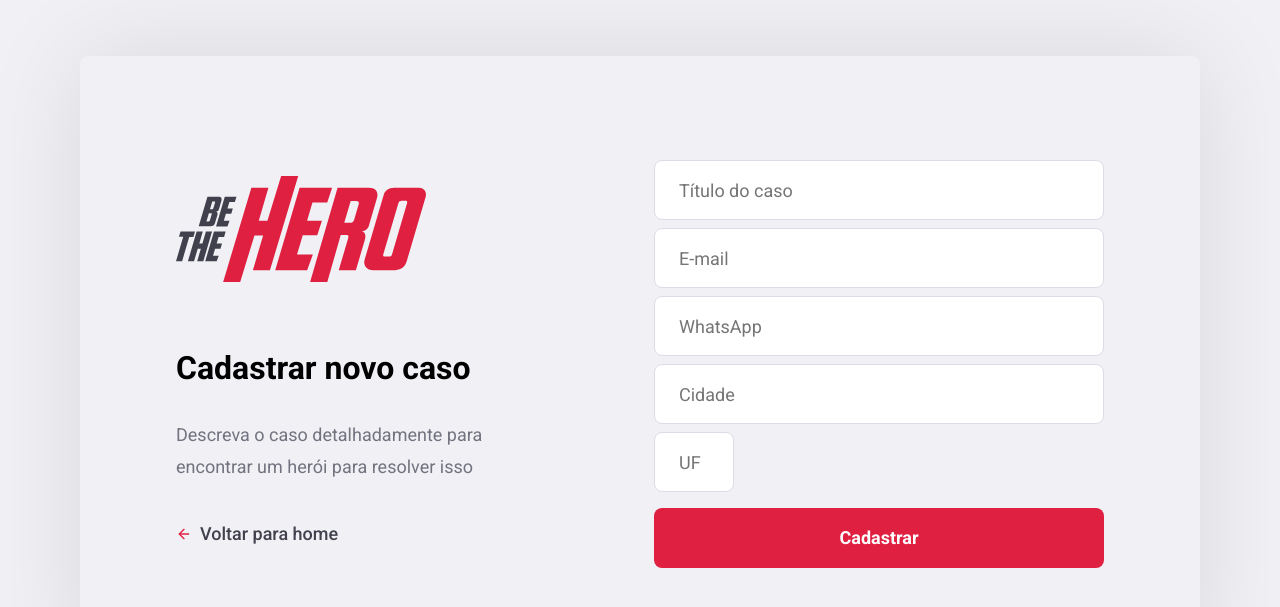
Repository: lucas-silva-dev/be-the-hero
Page: /incidents/new (app in frontend/)
An editor plug-in stored every save of this project. The page is shown before and after the next save, followed by the edit.
The browser window is 1280 px wide. The pictures show the whole page.
The project was rebuilt for these pictures with package versions that can differ from the ones it lists, and the page was loaded fresh each time. Also part of the build but not shown: frontend/src/pages/Logon/styles.css, frontend/src/pages/Logon/index.js, frontend/src/pages/Register/styles.css, frontend/src/pages/Register/index.js, frontend/src/pages/Profile/styles.css, frontend/src/pages/Profile/index.js.

Above is the page before, as saved 2020-03-25 23:57:56.

After the next save:
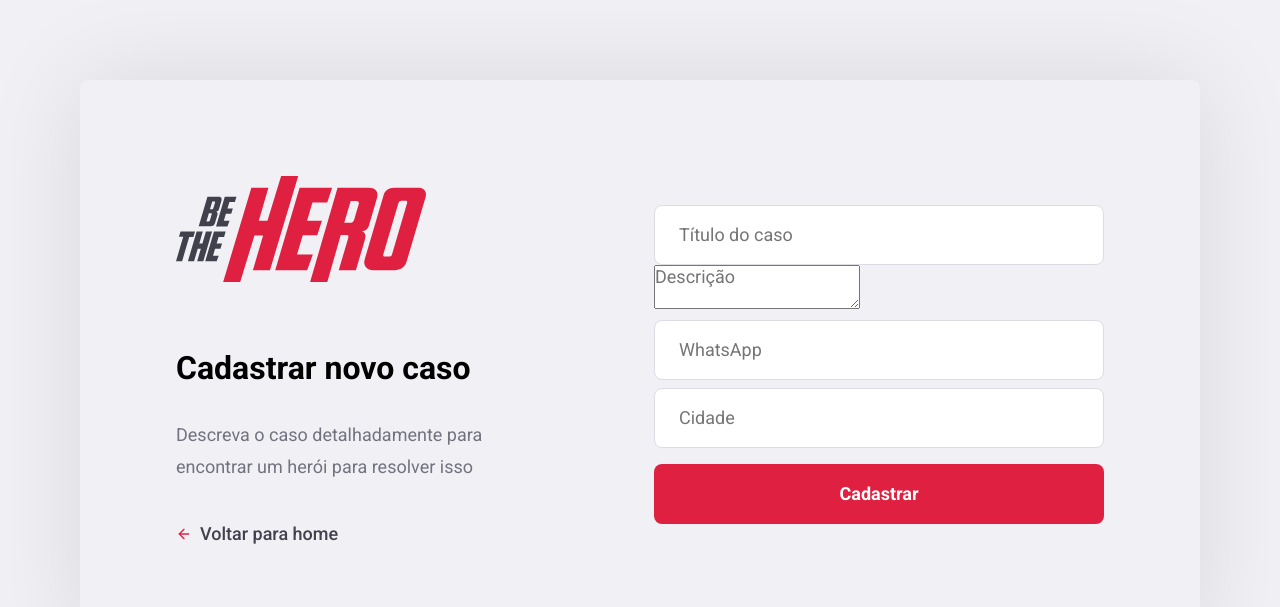
Saved 72 s later.
--- a/frontend/src/pages/NewIncident/index.js
+++ b/frontend/src/pages/NewIncident/index.js
@@ -25,14 +25,9 @@ export default function NewIncident() {
 
         <form >
           <input placeholder="Título do caso" />
-          <input type="email" placeholder="E-mail" />
+          <textarea type="email" placeholder="Descrição" />
           <input placeholder="WhatsApp" />
-
-          <div className="input-group">
-            <input placeholder="Cidade" />
-            <input placeholder="UF" style={{ width: 80 }} />
-          </div>
-
+          <input placeholder="Cidade" />
           <button className="button" >
             Cadastrar
           </button>
